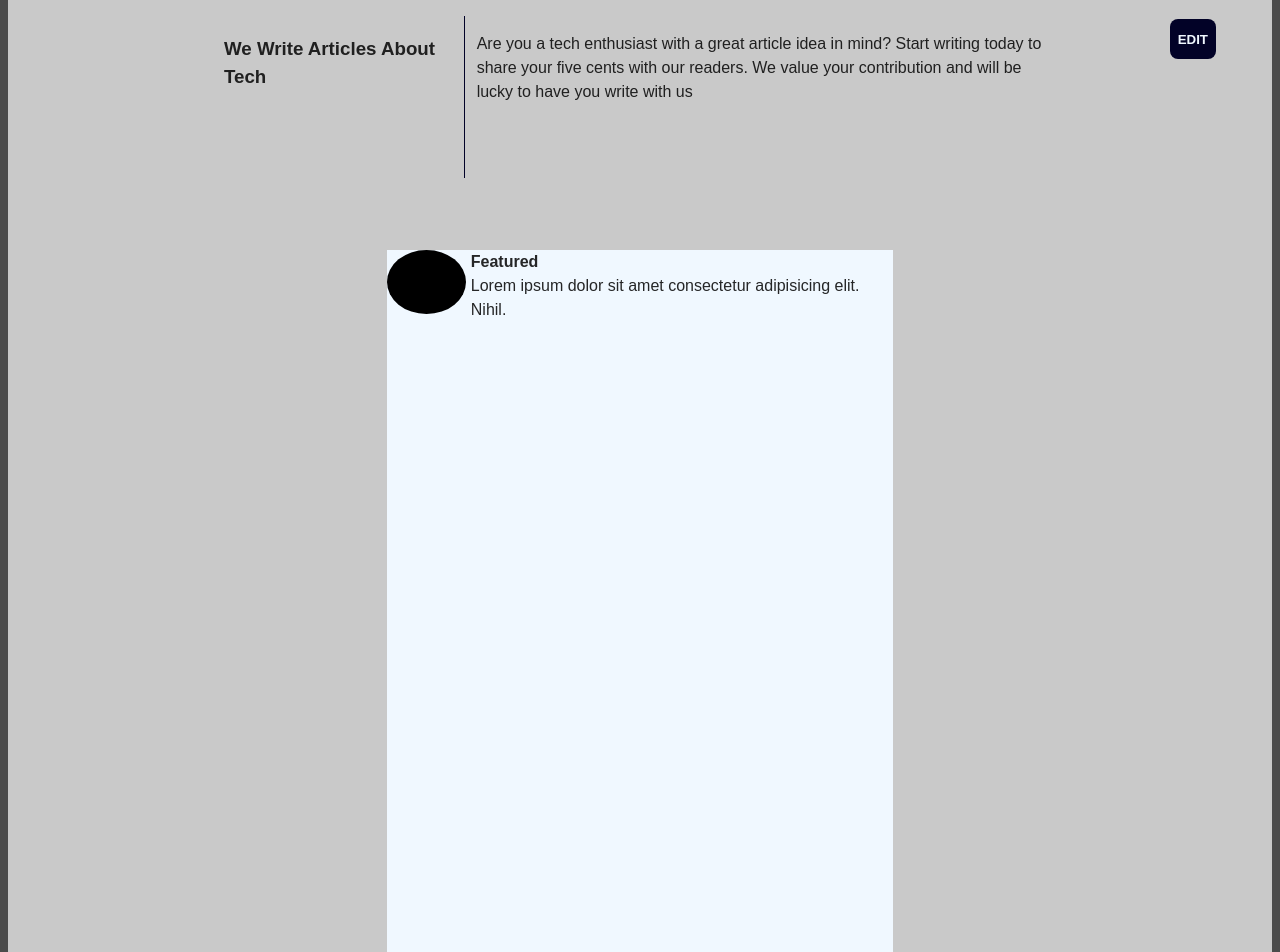
Repository: ValGrace/-static-site
Page: / (app in client/)
An editor plug-in stored every save of this project. The page is shown before and after the next save, followed by the edit.
The browser window is 1280 px wide. The pictures show the part of the page from y = 517 to 1469 px (the page is 1929 px tall).
The project was rebuilt for these pictures with package versions that can differ from the ones it lists, and the page was loaded fresh each time. Also part of the build but not shown: client/vite.config.js, client/src/Components/Login.jsx, client/src/Components/Signup.jsx, client/src/Pages/aboutPage.jsx, client/src/Pages/Articles.jsx.

Above is the page before, as saved 2023-07-01 16:50:23.

After the next save:
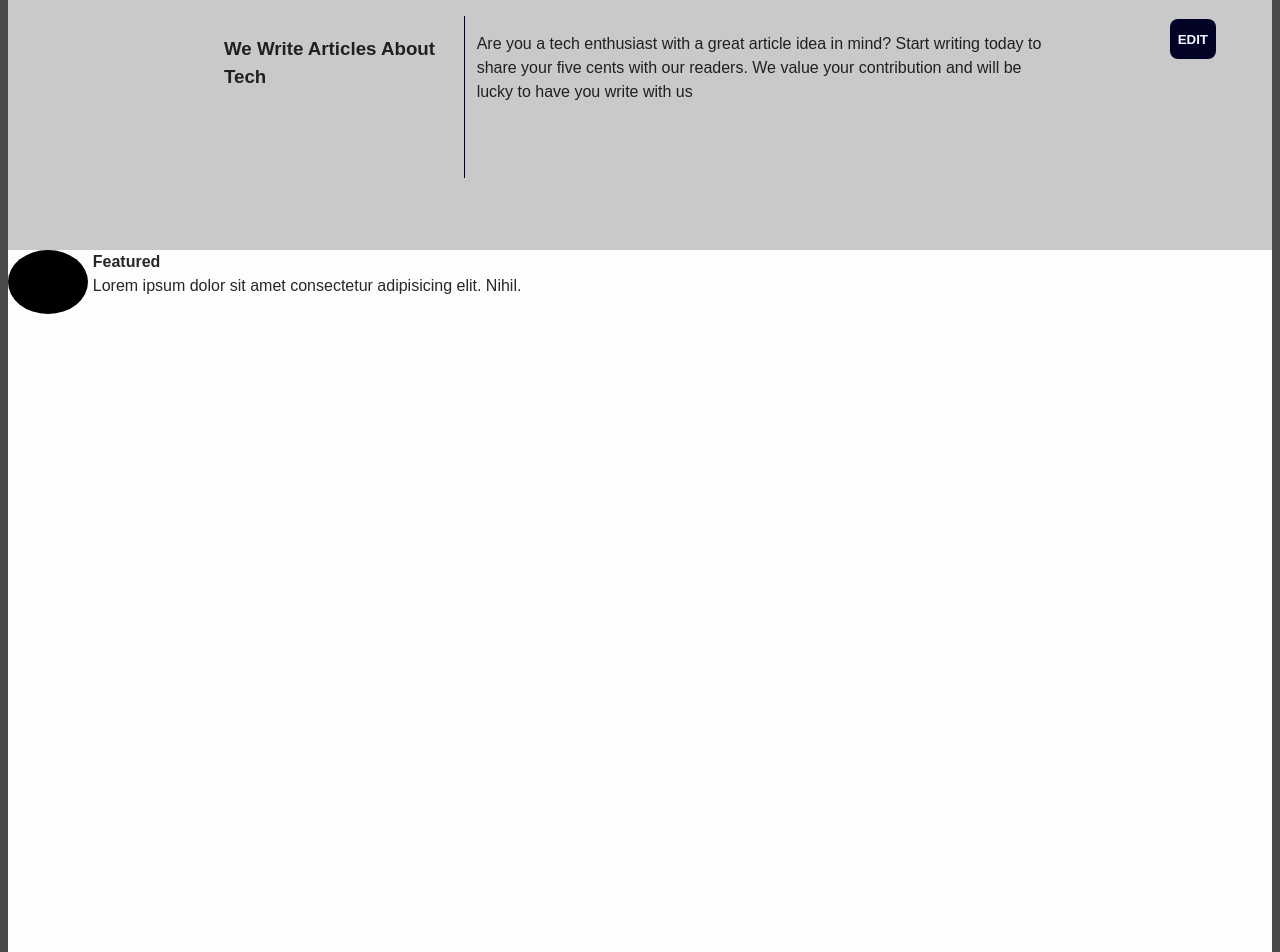
Saved 36 s later.
--- a/client/src/Components/Navbar.css
+++ b/client/src/Components/Navbar.css
@@ -95,9 +95,9 @@ li {
     display: flex;
     flex-direction: row;
     height: 100vh;
-    background-color: aliceblue;
+    background-color: rgba(255, 255, 255, 0.973);
     gap: 0.3rem;
-    width: 40%;
+    width: 100%;
 }
 
 .side-img {
